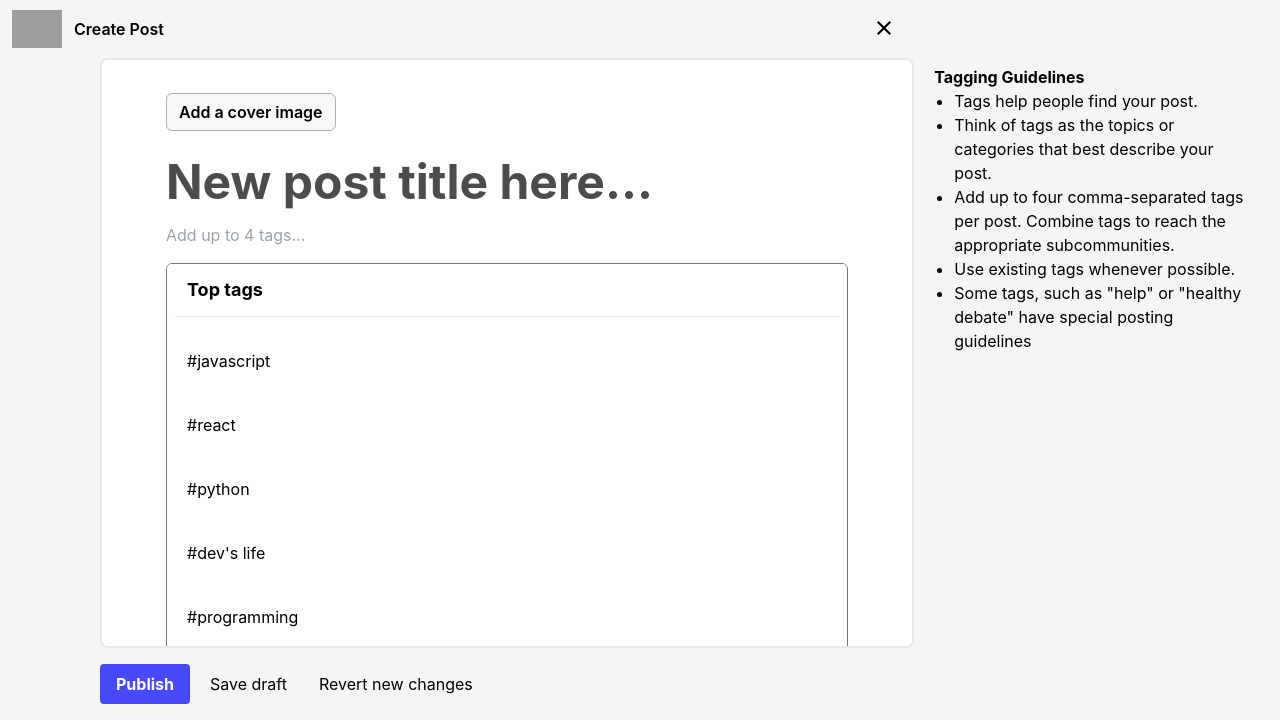
Repository: dat-nguyen-2001/Dev.to
Page: /new (app in client/)
An editor plug-in stored every save of this project. The page is shown before and after a run of saves, followed by the edit.
The browser window is 1280 px wide. The pictures show the whole page.
Pictures or frames that could not be fetched are drawn as grey boxes. An inner scrolling area shows only its first screen. The project was rebuilt for these pictures with package versions that can differ from the ones it lists, and the page was loaded fresh each time. Also part of the build but not shown: client/src/components/Footer.tsx, client/src/components/nav/GuestNav.tsx, client/src/components/nav/NavBar.tsx, client/src/components/Layout.tsx, client/src/pages/about.tsx, client/src/components/SignInForm.tsx, client/src/components/SignInPlatform.tsx, client/src/pages/enter.tsx and 1 more.

Above is the page before, as saved 2022-09-25 12:13:06.

### client/public/index.html
<!DOCTYPE html>
<html lang="en">
  <head>
    <meta charset="utf-8" />
    <link rel="icon" href="%PUBLIC_URL%/dev.to-icon.png" />
    <meta name="viewport" content="width=device-width, initial-scale=1" />
    <meta name="theme-color" content="#000000" />
    <meta
      name="description"
      content="Web site created using create-react-app"
    />
  </head>
  <body>
    <noscript>You need to enable JavaScript to run this app.</noscript>
    <div id="root"></div>
  </body>
</html>

### client/src/index.tsx
import React from 'react';
import ReactDOM from 'react-dom/client';
import './index.css';
import App from './App';
import reportWebVitals from './reportWebVitals';

const root = ReactDOM.createRoot(
  document.getElementById('root') as HTMLElement
);
root.render(
  <React.StrictMode>
      <App />
  </React.StrictMode>
);

// If you want to start measuring performance in your app, pass a function
// to log results (for example: reportWebVitals(console.log))
// or send to an analytics endpoint. Learn more: https://bit.ly/CRA-vitals
reportWebVitals();

### client/src/index.css
@tailwind base;
@tailwind components;
@tailwind utilities;

body {
  margin: 0;
  font-family: -apple-system, BlinkMacSystemFont, 'Segoe UI', 'Roboto', 'Oxygen',
    'Ubuntu', 'Cantarell', 'Fira Sans', 'Droid Sans', 'Helvetica Neue',
    sans-serif;
  -webkit-font-smoothing: antialiased;
  -moz-osx-font-smoothing: grayscale;
  background-color: #f5f5f5;
}

code {
  font-family: source-code-pro, Menlo, Monaco, Consolas, 'Courier New',
    monospace;
}


.space-between {
  justify-content: space-between;
}

.icon {
  @apply w-9 h-9 hover:text-[blue]/70 hover:bg-[#e2e3f3] text-center cursor-pointer rounded py-1
}

/* make words between a line */

.linedWord::before, .linedWord::after {
  content: "";
  flex: 1 1;
  border-bottom : 1px solid black;
  margin: auto
}

.linedWord::before {
  margin-right: 5px
}

.linedWord::after {
  margin-left: 5px
}

.registerInput {
  @apply h-[40px] border-[1px] rounded pl-1
}

### client/src/App.tsx
import {
  BrowserRouter as Router,
  Routes,
  Route,
} from 'react-router-dom';

import AboutPage from './pages/about';
import SignIn from './pages/enter';
import HomePage from './pages/home';
import New from './pages/new';

function App() {
  return (<Router>
    <Routes>
    <Route path='/' element={< HomePage />}></Route>
      <Route path='/about' element={< AboutPage />}></Route>
      <Route path='/enter' element={< SignIn />}></Route>
      <Route path='/new' element={< New />}></Route>
    </Routes>
  </Router>

  );
}

export default App;

### client/src/pages/new.tsx
import ClearIcon from '@mui/icons-material/Clear';
import FormatListNumberedIcon from '@mui/icons-material/FormatListNumbered';
import FormatListBulletedIcon from '@mui/icons-material/FormatListBulleted';
import FormatBoldIcon from '@mui/icons-material/FormatBold';
import FormatItalicIcon from '@mui/icons-material/FormatItalic';
import ImageIcon from '@mui/icons-material/Image';
import AttachmentIcon from '@mui/icons-material/Attachment';
import MoreVertIcon from '@mui/icons-material/MoreVert';
import FormatQuoteIcon from '@mui/icons-material/FormatQuote';
import CodeIcon from '@mui/icons-material/Code';
import BoltIcon from '@mui/icons-material/Bolt';
import { useEffect, useState } from 'react';

const New = () => {

    //Handle creating new article
    const createArticle = () => {
        console.log('created!')
    }

    //Preview image uploaded by user
    const [url, setUrl] = useState<string>('')
    const handlePreviewImage = (e: any) => {
        const file = e.target.files[0];
        const url = URL.createObjectURL(file);
        setUrl(url)
    }

    //Handle tags
    const tags = ["javascript", "react", "python", "dev's life", "programming", "css", "html", "typescript", "mongodb" , "webdev", "beginners", "tutorial", "algorithms", "postgres", "threejs", "open source", "github", "docker", "testing"]

    // Resize textarea when typing
    const textarea = document.querySelector('textarea');
    const handleResize = (e: any) => {
        const area = e.target;
        area.style.height = "auto";
        area.style.height = area.scrollHeight + "px";
    }
    if (textarea !== null) {
        textarea.addEventListener('input', handleResize)
    }


    return (
        <div className='md:grid grid-cols-4 bg-[#f5f5f5] lg:grid-cols-7 2xl:pl-[100px]'>
            <div className='flex flex-col content-center h-screen col-span-3 lg:col-span-5'>
                <div className='h-[8vh] flex items-center space-between px-3'>
                    <div className='flex items-center space-x-3'>
                        <a href='/' className='hidden md:inline'>
                            <img src="https://dev-to-uploads.s3.amazonaws.com/uploads/logos/resized_logo_UQww2soKuUsjaOGNB38o.png" width={50} className="cursor-pointer" />
                        </a>
                        <p className='font-semibold'>Create Post</p>
                    </div>
                    <div className='icon'>
                        <a href='/'>
                            <ClearIcon />
                        </a>
                    </div>
                </div>
                <div className='overflow-y-auto bg-white h-[82vh] border-[2px] rounded-lg flex flex-col py-3 md:py-10 px-2 md:px-16 space-y-5 lg:ml-[100px]'>
                    <form>
                        <input type="file" name='file' id='file' onChange={handlePreviewImage} className='w-0 h-0 opacity-0 overflow-hidden absolute z-[-1] ' />
                        <label htmlFor='file' className='bg-[#f9f9f9] font-semibold px-3 py-2 cursor-pointer rounded-md border-black/30 border-[1.5px]'>Add a cover image</label>
                    </form>

                    {/* preview image */}
                    {url !== "" &&
                        <div className='flex items-center space-x-10'>
                            <img src={url} width={200} />
                            <button className='text-lg px-3 py-1 text-[red] hover:bg-[#eeeeee] rounded-md' onClick={() => setUrl('')}>Remove</button>
                        </div>}

                    <form>
                        <input placeholder='New post title here...' className='text-3xl md:text-4xl lg:text-5xl w-full h-[130%] outline-none font-bold placeholder-black/70' />
                    </form>

                    {/* Tags */}
                    <form className='relative'>
                        <input placeholder='Add up to 4 tags...' className='w-full outline-none tagsInput' />
                        <div className='z-[100] absolute top-10 flex flex-col px-2 bg-white w-full border-[.1em] border-solid border-[#777] rounded-md max-h-[500px] overflow-y-auto'>
                            <h2 className='text-lg font-bold pt-3 pb-3 px-3'>Top tags</h2>
                            <hr></hr>
                            <ul className='flex flex-col space-y-0 cursor-pointer pt-3'>
                                {tags.map(tag => (
                                    <li key={tag} className='py-5 px-3 hover:text-[#3e45b2] hover:bg-[#f5f5f5]'>#{tag}</li>
                                ))}
                            </ul>
                        </div>
                    </form>

                    {/* Options */}
                    <div className='bg-[#f9f9f9] w-full'>
                        <div className='flex space-between py-4 px-2 '>
                            <div className='flex space-x-3'>
                                <div className='icon'>
                                    <FormatBoldIcon />
                                </div>
                                <div className='icon'>
                                    <FormatItalicIcon />
                                </div>
                                <div className='icon hidden sm:inline'>
                                    <AttachmentIcon />
                                </div>
                                <div className='icon'>
                                    <FormatListNumberedIcon />
                                </div>
                                <div className='icon'>
                                    <FormatListBulletedIcon />
                                </div>
                                <div className='icon hidden md:inline'>
                                    <FormatQuoteIcon />
                                </div>
                                <div className='icon hidden md:inline'>
                                    <CodeIcon />
                                </div>
                                <div className='icon hidden md:inline'>
                                    <BoltIcon />
                                </div>
                                <div className='icon'>
                                    <ImageIcon />
                                </div>
                            </div>
                            <div className='icon'>
                                <MoreVertIcon />
                            </div>
                        </div>

                    </div>
                    <div className='w-full'>
                        <textarea placeholder='Write your post content here...' className='outline-none text-lg w-full' />
                    </div>
                </div>
                <div className='h-[10vh] flex items-center px-3 space-x-2 lg:ml-[100px] lg:px-0'>
                    <button className='px-4 py-2 rounded bg-[blue]/70 hover:bg-[blue] text-white font-bold text-base' onClick={createArticle}>Publish</button>
                    <button className='px-3 py-2 rounded hover:text-[blue]/70 hover:bg-[#e2e3f3]'>Save draft</button>
                    <button className='hidden sm:inline px-3 py-2 rounded hover:text-[blue]/70 hover:bg-[#e2e3f3] text-md'>Revert new changes</button>
                </div>
            </div>

            {/* Sidebar */}
            <div className='hidden md:inline col-span-1 lg:col-span-2 h-[82vh] my-auto px-2 lg:px-5 md:mr-4'>
                <h1 className='font-bold'>Tagging Guidelines</h1>
                <ul className='text-[14px] lg:text-base list-disc pl-5 '>
                    <li>Tags help people find your post.</li>
                    <li>Think of tags as the topics or categories that best describe your post.</li>
                    <li>Add up to four comma-separated tags per post. Combine tags to reach the appropriate subcommunities.</li>
                    <li>Use existing tags whenever possible.</li>
                    <li>Some tags, such as "help" or "healthy debate" have special posting guidelines</li>
                </ul>
            </div>

        </div>
    )
}

export default New

Loaded but not shown: client/src/reportWebVitals.ts (common file); client/tailwind.config.js (common file)

After the next 2 saves:
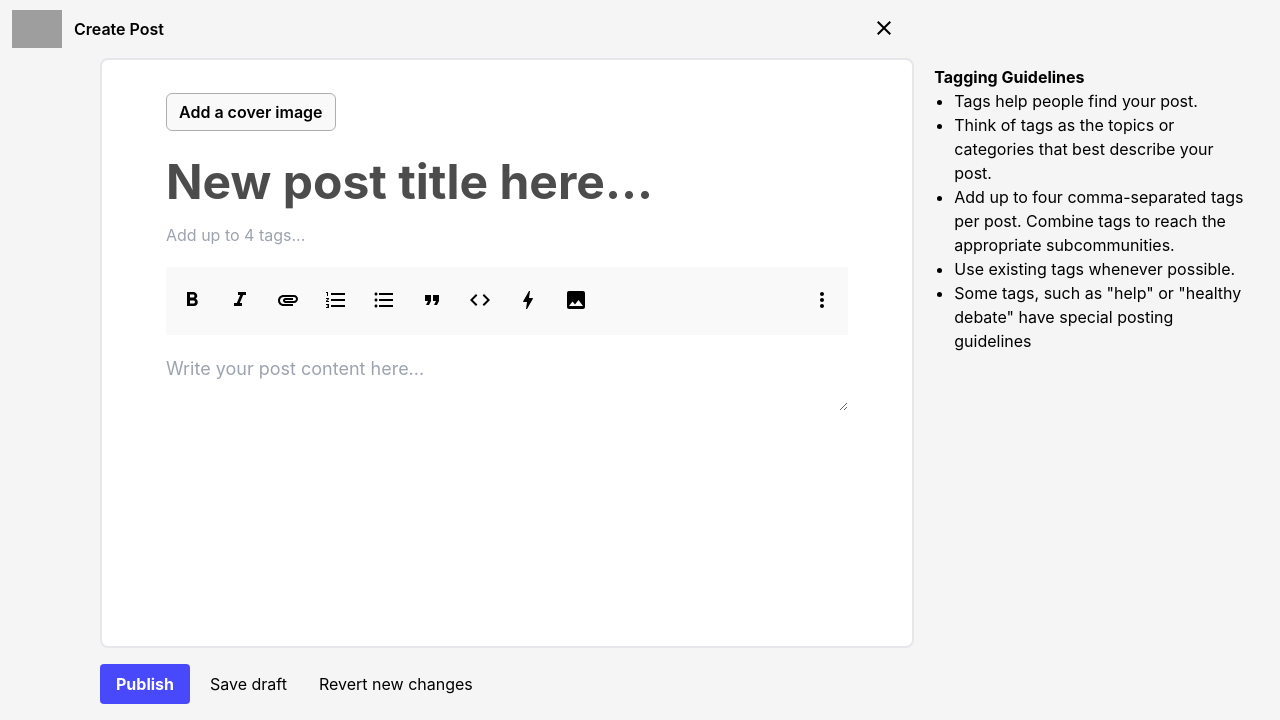
The 2 saves are shown as one change because they came seconds apart.
The last was saved 14 s later.
--- a/client/src/pages/new.tsx
+++ b/client/src/pages/new.tsx
@@ -77,7 +77,7 @@
                     {/* Tags */}
                     <form className='relative'>
                         <input placeholder='Add up to 4 tags...' className='w-full outline-none tagsInput' />
-                        <div className='z-[100] absolute top-10 flex flex-col px-2 bg-white w-full border-[.1em] border-solid border-[#777] rounded-md max-h-[500px] overflow-y-auto'>
+                        <div className='hidden tagsInput:focus: z-[100] absolute top-10 flex flex-col px-2 bg-white w-full border-[.1em] border-solid border-[#777] rounded-md max-h-[500px] overflow-y-auto'>
                             <h2 className='text-lg font-bold pt-3 pb-3 px-3'>Top tags</h2>
                             <hr></hr>
                             <ul className='flex flex-col space-y-0 cursor-pointer pt-3'>

After the 2 saves that followed:
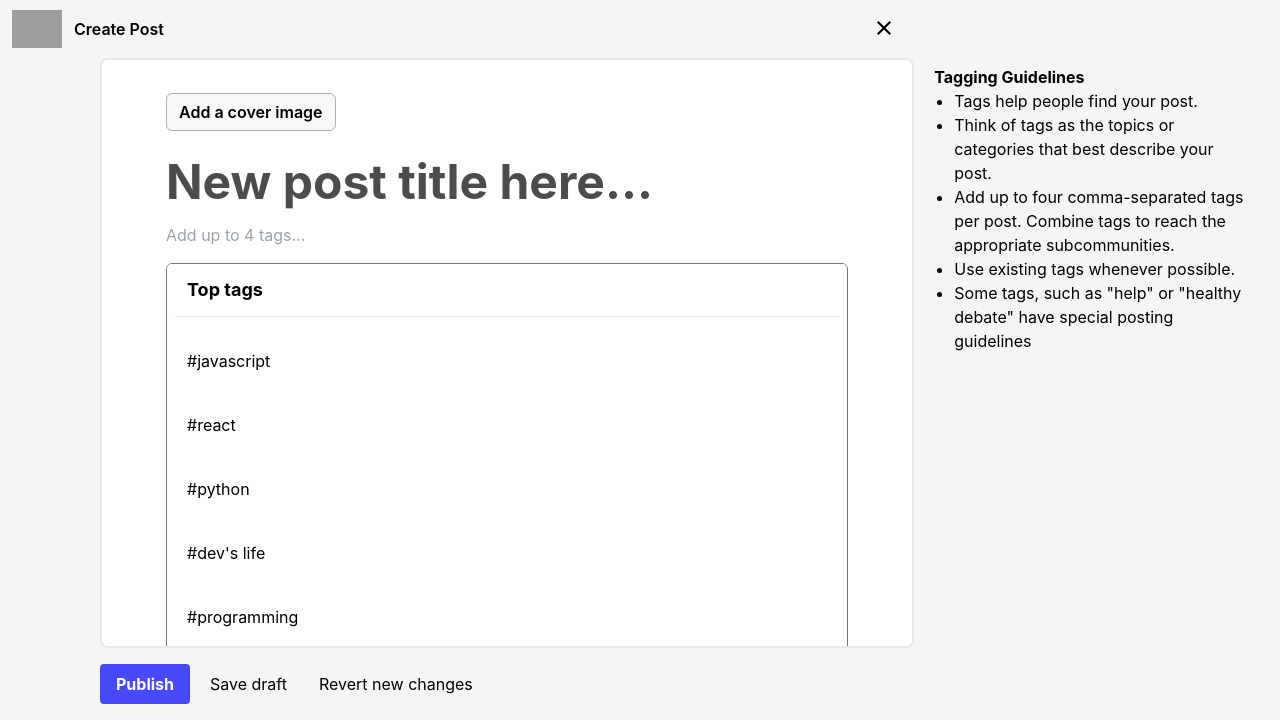
The 2 saves are shown as one change because 1 left the picture as it was.
The last was saved 66 s later.
--- a/client/src/pages/new.tsx
+++ b/client/src/pages/new.tsx
@@ -77,7 +77,7 @@
                     {/* Tags */}
                     <form className='relative'>
                         <input placeholder='Add up to 4 tags...' className='w-full outline-none tagsInput' />
-                        <div className='hidden tagsInput:focus: z-[100] absolute top-10 flex flex-col px-2 bg-white w-full border-[.1em] border-solid border-[#777] rounded-md max-h-[500px] overflow-y-auto'>
+                        <div className='z-[100] absolute top-10 flex flex-col px-2 bg-white w-full border-[.1em] border-solid border-[#777] rounded-md max-h-[500px] overflow-y-auto'>
                             <h2 className='text-lg font-bold pt-3 pb-3 px-3'>Top tags</h2>
                             <hr></hr>
                             <ul className='flex flex-col space-y-0 cursor-pointer pt-3'>
